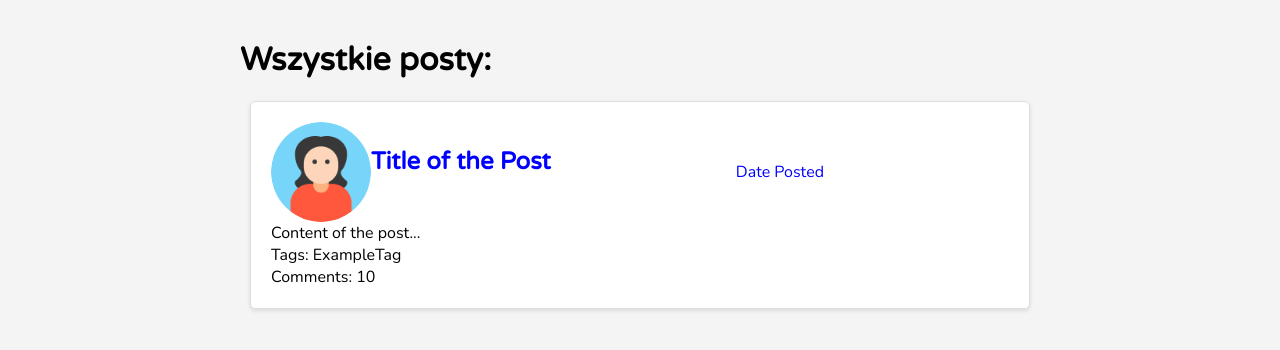
Repository: noisevisionproductions/PlayMeetWebsite
Page: src/main/resources/templates/posts.html
An editor plug-in stored every save of this project. The page is shown before and after the next save, followed by the edit.
The browser window is 1280 px wide. The pictures show the whole page.
The page's requests for data from a server got no answer. Some web libraries are served in a nearby version.

Above is the page before, as saved 2024-03-25 11:44:45.

### src/main/resources/templates/posts.html
<!DOCTYPE html>
<html lang="en">

<head>
    <meta charset="UTF-8">
    <meta name="viewport" content="width=device-width, initial-scale=1.0">
    <title>Posty</title>
    <link rel="icon" type="image/x-icon" href="assets/favicon.ico" />
    <!-- Font Awesome icons (free version)-->
    <script src="https://use.fontawesome.com/releases/v6.3.0/js/all.js" crossorigin="anonymous"></script>
    <!-- Google fonts-->
    <link href="https://fonts.googleapis.com/css?family=Varela+Round" rel="stylesheet" />
    <link
        href="https://fonts.googleapis.com/css?family=Nunito:200,200i,300,300i,400,400i,600,600i,700,700i,800,800i,900,900i"
        rel="stylesheet" />
    <!-- Core theme CSS (includes Bootstrap)-->
    <link href="css/posts.css" rel="stylesheet" />

</head>

<body>
    <div class="container">
        <h1 class="posts-header">Wszystkie posty:</h1>
        <div id="posts-container">
            <!-- Individual post example -->
            <div class="post">
                <div class="post-header">
                    <img src="assets/post/sample_avatar.png" alt="Avatar użytkownika" class="post-avatar">
                    <h2 class="post-sportType">Title of the Post</h2>
                    <span class="post-date">Date Posted</span>
                </div>
                <div class="post-content">
                    Content of the post...
                </div>
                <div class="post-footer">
                    <div class="post-tags">Tags: ExampleTag</div>
                    <div class="post-comments-count">Comments: 10</div>
                </div>
            </div>
            <!-- Additional posts would be similarly structured -->
        </div>
    </div>
    <script src="js/posts.js"></script>
</body>


</html>

### src/main/resources/static/css/posts.css
body {
    font-family: "Nunito", sans-serif;
    margin: 0;
    padding: 0;
    background-color: #f4f4f4;
}

.container {
    max-width: 800px;
    margin: auto;
    padding: 20px;
}

.post {
    background: #fff;
    background-color: #fff;
    padding: 20px;
    margin-bottom: 20px;
    border: 1px solid #ddd;
    border-radius: 5px;
    margin: 10px;
    box-shadow: 0 2px 4px rgba(0, 0, 0, 0.1);
}

.post-header {
    display: flex;
    justify-content: space-between;
    align-items: center;
}

.post-avatar {
    flex-shrink: 0;
    width: 100px;
    height: 100px;
    border-radius: 50%;
}

.post-sportType {
    margin-right: 5px;
    color: blue;
    flex-grow: 1;
}


.post-date {
    margin-right: 5px;
    color: blue;
    flex-grow: 1;
}

.post-chat {
    margin-right: 5px;
    color: blue;
    flex-grow: 1;
}

.post-title {
    flex-grow: 1;
    text-align: center;
}

.post h2 {
    margin-top: 0;
}

h1,
h2,
h3,
h4,
h5,
h6 {
    font-family: "Varela Round", sans-serif;
}

### src/main/resources/static/js/posts.js
/*!
* Script for displaying posts that users created. Posts will be downloaded from database.
*/
document.addEventListener('DOMContentLoaded', function () {
    fetch('/api/posts', {
        headers: {
            'Accept': 'application/json'
        }
    })
        .then(response => response.json())
        .then(posts => {
            const postsContainer = document.getElementById('posts-container');
            posts.forEach(element => {
                const postElement = document.createElement('div');
                postElement.className = 'post';

                // Creating header
                const postHeader = document.createElement('div');
                postHeader.className = 'post-header';

                const userAvatar = document.createElement('img');
                userAvatar.src = element.avatar || 'assets/post/sample_avatar.png'; // Fallback to a default avatar if none provided
                userAvatar.alt = 'Avatar';
                userAvatar.className = 'post-avatar';

                const postTitle = document.createElement('h2');
                postTitle.className = 'post-sportType';
                postTitle.textContent = element.sportType; // Assuming `title` is part of your JSON

                const postDate = document.createElement('span');
                postDate.className = 'post-date';
                postDate.textContent = element.dateTime; // Format as needed

                postHeader.appendChild(userAvatar);
                postHeader.appendChild(postTitle);
                postHeader.appendChild(postDate);

                // Creating post content
                const postContent = document.createElement('div');
                postContent.className = 'post-content';
                postContent.textContent = element.cityName; // Assuming `content` is part of your JSON

                // Creating footer
                const postFooter = document.createElement('div');
                postFooter.className = 'post-footer';

                const postTags = document.createElement('div');
                postTags.className = 'post-tags';
                postTags.textContent = 'Tags: ' + element.peopleStatus; // Assuming `tags` is an array

                const postCommentsCount = document.createElement('div');
                postCommentsCount.className = 'post-comments-count';
                postCommentsCount.textContent = 'Comments: ' + element.skillLevel; // Assuming `commentsCount` is part of your JSON

                postFooter.appendChild(postTags);
                postFooter.appendChild(postCommentsCount);

                // Adding everything to the post
                postElement.appendChild(postHeader);
                postElement.appendChild(postContent);
                postElement.appendChild(postFooter);

                postsContainer.appendChild(postElement);
            });
        })
        .catch(error => console.error('Error', error));
})

After the next save:
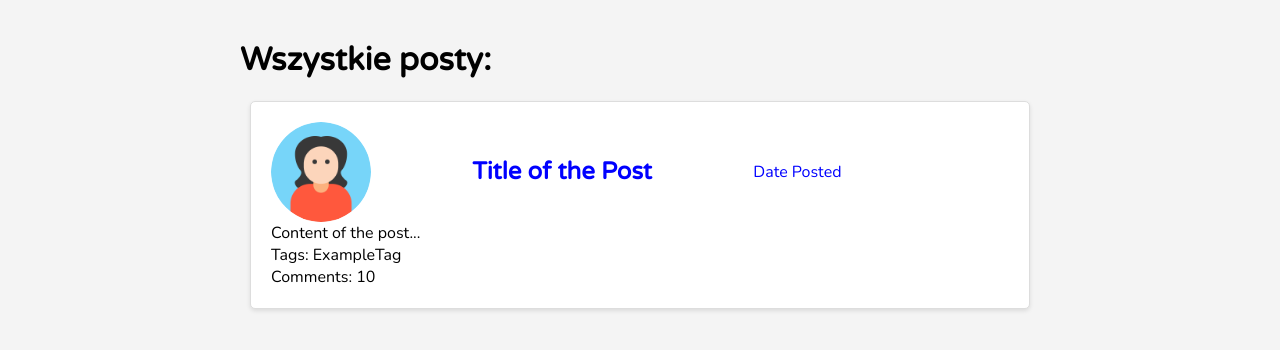
Saved 31 s later.
--- a/src/main/resources/static/css/posts.css
+++ b/src/main/resources/static/css/posts.css
@@ -37,6 +37,8 @@ body {
 
 .post-sportType {
     margin-right: 5px;
+    text-align: center;
+    margin: 0 20px;
     color: blue;
     flex-grow: 1;
 }
